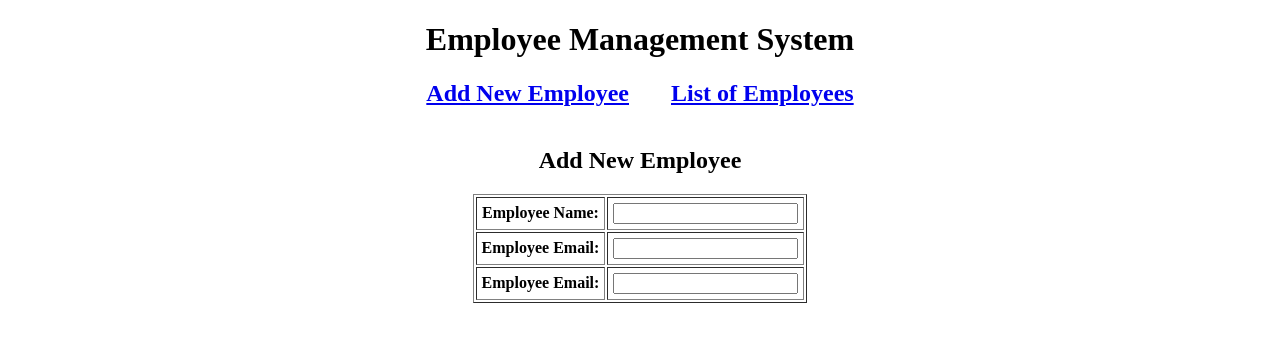
Repository: Swapna-JavaTech/Hibernate-Codes-
Page: http://localhost/EmployeeManagementSystem/employee-form.jsp
The author's editor kept a copy of each file at every save. The page is drawn from the files as they stood at one save, then again after the next save.
The browser window is 1280 px wide. The pictures show the whole page.
The page is served by Tomcat 9. The template is opened directly, without the code that normally fills it, so the values that code supplies are empty.

Above is the page before, as saved 2022-01-31 07:04:36.

After the next save:
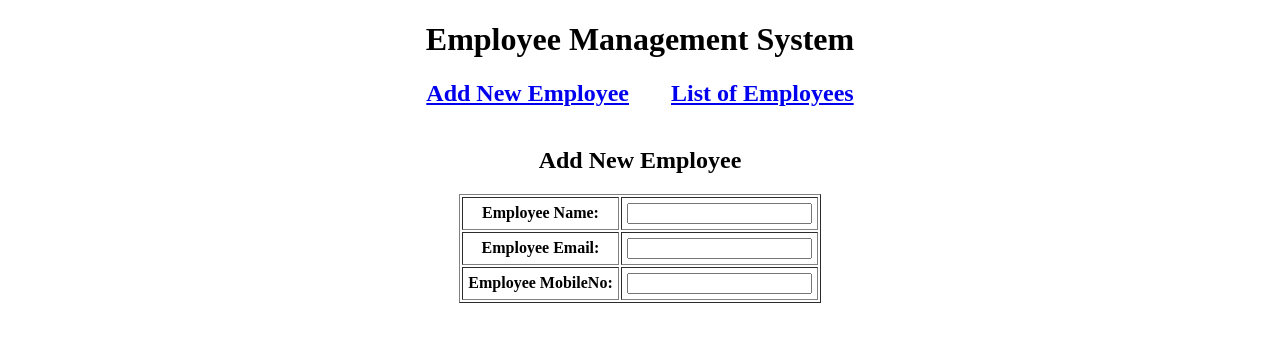
Saved 8 s later.
--- a/EmployeeManagementSystem/src/main/webapp/employee-form.jsp
+++ b/EmployeeManagementSystem/src/main/webapp/employee-form.jsp
@@ -49,7 +49,7 @@
 			</td>
 		</tr>
 		<tr>
-			<th> Employee Email: </th>
+			<th> Employee MobileNo: </th>
 			<td><input type="text" name="eemail" value="<c:out value='${emp.empEmail}' />" />
 			</td>
 		</tr>
